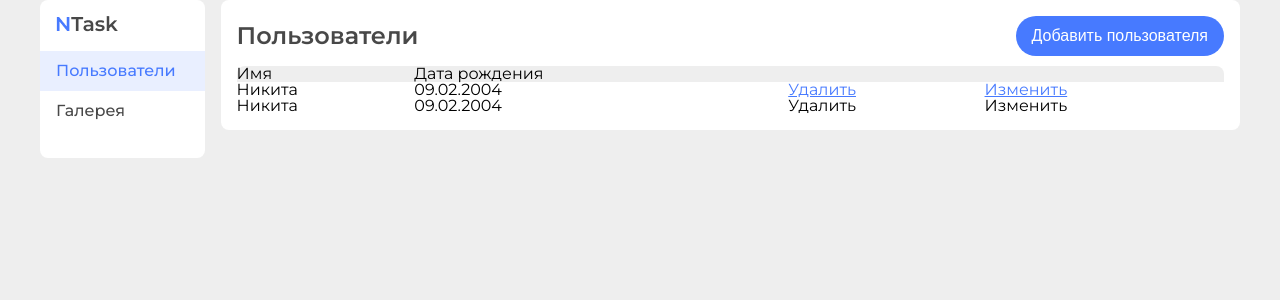
Repository: Grid-Master/NTask
Page: /
An editor plug-in stored every save of this project. The page is shown before and after the next save, followed by the edit.
The browser window is 1280 px wide. The pictures show the whole page.
The project was rebuilt for these pictures with package versions that can differ from the ones it lists, and the page was loaded fresh each time.

Above is the page before, as saved 2023-06-05 09:39:09.

### public/index.html
<!DOCTYPE html>
<html lang="en">
  <head>
    <meta charset="utf-8" />
    <link rel="icon" href="%PUBLIC_URL%/favicon.ico" />
    <meta name="viewport" content="width=device-width, initial-scale=1" />
    <meta name="theme-color" content="#000000" />
    <meta name="description" content="Web site created using create-react-app" />
    <link rel="apple-touch-icon" href="%PUBLIC_URL%/logo192.png" />
    <link rel="preconnect" href="https://fonts.googleapis.com" />
    <link rel="preconnect" href="https://fonts.gstatic.com" crossorigin />
    <link
      href="https://fonts.googleapis.com/css2?family=Montserrat:wght@300;400;500;600;700&display=swap"
      rel="stylesheet" />
    <link rel="manifest" href="%PUBLIC_URL%/manifest.json" />
    <title>React App</title>
  </head>
  <body>
    <noscript>You need to enable JavaScript to run this app.</noscript>
    <div id="root"></div>
  </body>
</html>

### src/index.css
html, body, div, span, applet, object, iframe,
h1, h2, h3, h4, h5, h6, p, blockquote, pre,
a, abbr, acronym, address, big, cite, code,
del, dfn, em, img, ins, kbd, q, s, samp,
small, strike, strong, sub, sup, tt, var,
b, u, i, center,
dl, dt, dd, ol, ul, li,
fieldset, form, label, legend,
table, caption, tbody, tfoot, thead, tr, th, td,
article, aside, canvas, details, embed,
figure, figcaption, footer, header, hgroup,
menu, nav, output, ruby, section, summary,
time, mark, audio, video {
	margin: 0;
	padding: 0;
	border: 0;
	font-size: 100%;
	font: inherit;
	vertical-align: baseline;
}
/* HTML5 display-role reset for older browsers */
article, aside, details, figcaption, figure,
footer, header, hgroup, menu, nav, section {
	display: block;
}
body {
	line-height: 1;
}
ol, ul {
	list-style: none;
}
blockquote, q {
	quotes: none;
}
blockquote:before, blockquote:after,
q:before, q:after {
	content: '';
	content: none;
}
table {
	border-collapse: collapse;
}
body {
  margin: 0;
  font-family: Montserrat;
  background: #EEEEEE;
  max-width: 1200px;
  margin: 0 auto;

}

code {
  font-family: source-code-pro, Menlo, Monaco, Consolas, 'Courier New',
    monospace;
}

### src/App.tsx
import './App.css';
import Navbar from './components/navabar/Navbar';
import UserList from './components/userList/UserList';

function App() {
  return (
    <div className="App">
      <Navbar />
      <UserList />
    </div>
  );
}

export default App;

### src/App.css
.App {
  display: flex;
  align-items:start;
  gap: 16px;
}

### src/components/navabar/Navbar.tsx
import { FC } from 'react';
import './navbar.sass';
const logo = require('../../images/logo.png');

const Navbar: FC = () => {
  return (
    <div className="navbar">
      <div className="navbar__imagecontainer">
        <img src={logo} alt="logo" />
      </div>
      <div className="navbar__item navbar__active">Пользователи</div>
      <div className="navbar__item">Галерея</div>
    </div>
  );
};

export default Navbar;

### src/components/userList/UserList.tsx
import React, { FC } from 'react';
import './userList.sass';

const UserList: FC = () => {
  return (
    <div className="userList">
      <div>
        <h1 className="userList__title">Пользователи</h1>
        <button className="userList__addUserBtn">Добавить пользователя</button>
      </div>
      <table className="userList__table">
        <tr className="userList__table-info">
          <td>Имя</td>
          <td>Дата рождения</td>
          <td></td>
          <td></td>
        </tr>
        <tr>
          <td>Никита</td>
          <td>09.02.2004</td>
          <td className="userList__table-btn">Удалить</td>
          <td className="userList__table-btn">Изменить</td>
        </tr>
        <tr>
          <td>Никита</td>
          <td>09.02.2004</td>
          <td>Удалить</td>
          <td>Изменить</td>
        </tr>
      </table>
    </div>
  );
};

export default UserList;

### src/components/navabar/navbar.sass
.navbar
    width: 200px
    height: 158px
    background: #FFFFFF
    border-radius: 8px
    &__imagecontainer
        padding: 16px 0
        margin-left: 16px
    &__item
        padding: 8px 16px
        cursor: pointer
        font-weight: 500
        font-size: 16px
        line-height: 150%
        color: #484848
    &__active
        background: #E9EFFF
        color: #477AFF

### src/components/userList/userList.sass
.userList
    width: 100%
    background: #FFFFFF
    border-radius: 8px
    padding: 16px
    >div
        display: flex
        align-items: center
        justify-content: space-between
    &__title
        font-weight: 600
        font-size: 24px
        line-height: 150%
        color: #484848
    &__addUserBtn
        font-weight: 500
        font-size: 16px
        line-height: 100%
        color: #FFFFFF
        background: #477AFF
        border-radius: 20px
        padding: 12px 16px
        border: none
        outline: none
        cursor: pointer
        transition: .3s
        &:hover
            opacity: .8
    &__table
        margin-top: 10px
        border-radius: 8px
        width: 100%
        border-radius: 8px
        td:no(:first-child)
            border: 1px solid #EEEEEE
            width: 238px
            text-align: center
            padding: 8px 0
        &-info
            background-color: #EEEEEE
        &-btn
            cursor: pointer
            text-decoration-line: underline
            color: #477AFF
            transition: .2s
            &:hover
                opacity: .8
        tr:first-child td:first-child
            border-top-left-radius: 8px
        tr:first-child td:last-child
            border-top-right-radius: 8px

Loaded but not shown: src/index.tsx (common file)

After the next save:
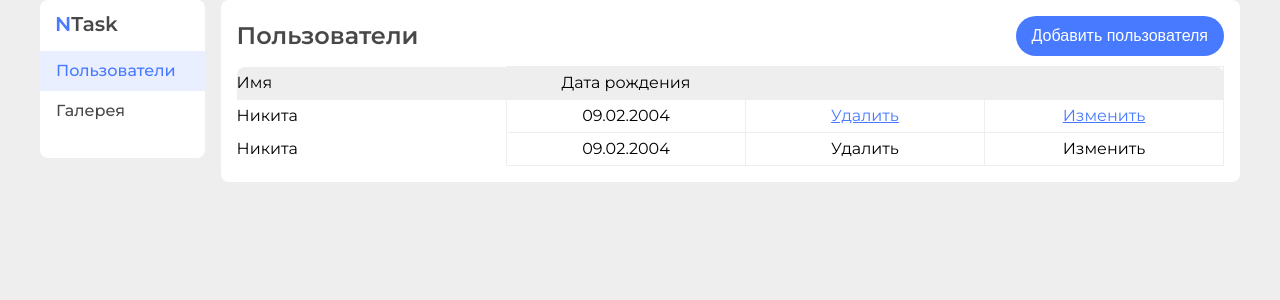
Saved 4 s later.
--- a/src/components/userList/userList.sass
+++ b/src/components/userList/userList.sass
@@ -31,7 +31,7 @@
         border-radius: 8px
         width: 100%
         border-radius: 8px
-        td:no(:first-child)
+        td:not(:first-child)
             border: 1px solid #EEEEEE
             width: 238px
             text-align: center
